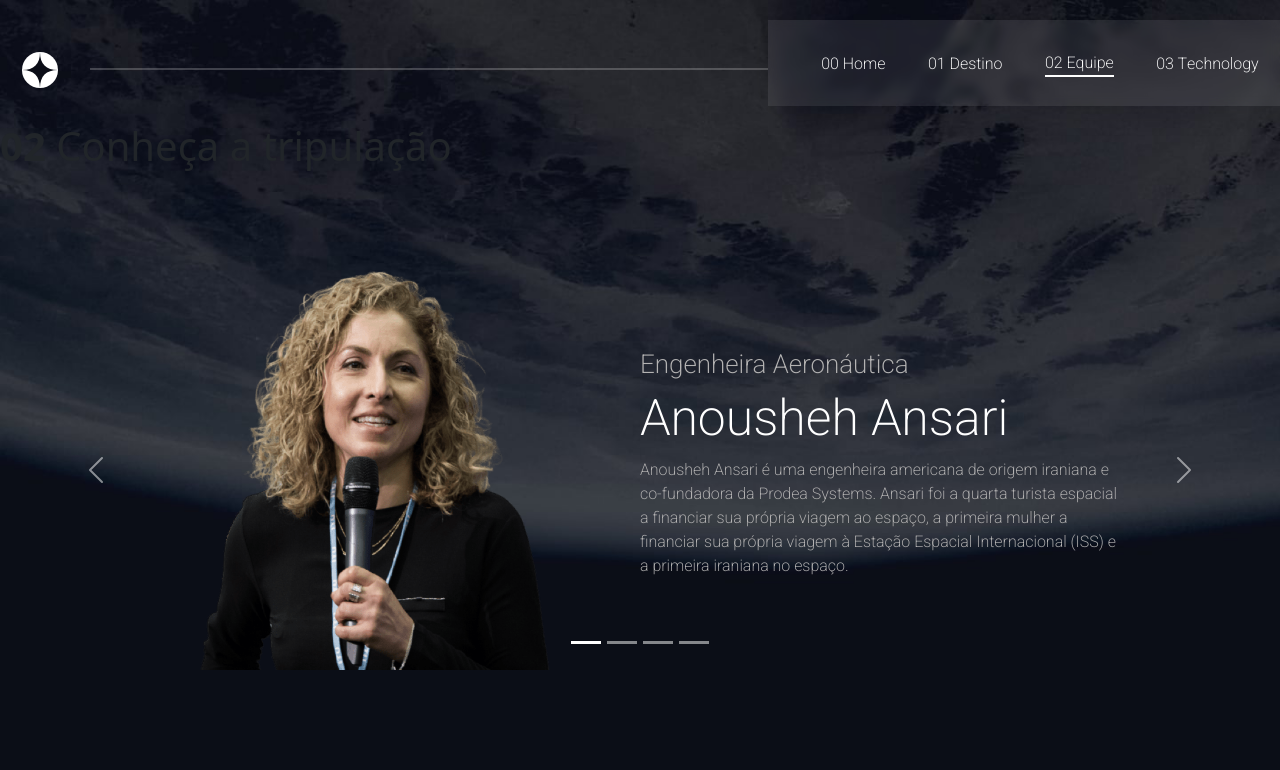
Repository: Leonngc/space-site
Page: crew-commander.html
An editor plug-in stored every save of this project. The page is shown before and after the next save, followed by the edit.
The browser window is 1280 px wide. The pictures show the whole page.
Some web libraries are served in a nearby version.

Above is the page before, as saved 2023-05-01 16:47:45.

### crew-commander.html
<!DOCTYPE html>
<html lang="pt-br">
<head>
  <meta charset="UTF-8">
  <meta name="viewport" content="width=device-width, initial-scale=1, minimum-scale=1">

  <link rel="icon" type="image/png" sizes="32x32" href="./assets/favicon-32x32.png">
  <link rel='stylesheet' href='https://cdn-uicons.flaticon.com/uicons-bold-rounded/css/uicons-bold-rounded.css'>
  <link rel="stylesheet" href="starter-code/styles/menu.css">
  <link rel="stylesheet" href="starter-code/styles/crew.css">

  <link href="https://cdn.jsdelivr.net/npm/bootstrap@5.3.0-alpha3/dist/css/bootstrap.min.css" rel="stylesheet" integrity="sha384-KK94CHFLLe+nY2dmCWGMq91rCGa5gtU4mk92HdvYe+M/SXH301p5ILy+dN9+nJOZ" crossorigin="anonymous">
  <script src="starter-code/script/menu.js" defer></script>
  <title>Frontend Mentor | Space tourism website</title>
</head>
<body>

  <header>
    <a href="index.html" target="_parent"><img src="starter-code/assets/shared/logo.svg" alt="" class="logo"></a>

    <div class="line"></div>
    <nav>
      <button class="menu-button"><i class="fi fi-br-menu-burger"></i></button>
      <ul class="menu">
      <li class="item-menu"><a href="index.html" target="_parent">00 Home</a></li>
      <li class="item-menu"><a href="destination-moon.html" target="_blank">01 Destino</a></li>
      <li class="item-menu page-active"><a href="#">02 Equipe</a></li>
      <li class="item-menu"><a href="#">03 Technology</a></li>
      </ul>
    </nav>
  </header>

  <h1><strong>02</strong> Conheça a tripulação</h1>

  <div id="carouselExampleIndicators" class="carousel slide" style="margin-top: 100px; margin-bottom: 100px;">
    <div class="carousel-indicators">
      <button type="button" data-bs-target="#carouselExampleIndicators" data-bs-slide-to="0" class="active" aria-current="true" aria-label="Slide 1"></button>
      <button type="button" data-bs-target="#carouselExampleIndicators" data-bs-slide-to="1" aria-label="Slide 2"></button>
      <button type="button" data-bs-target="#carouselExampleIndicators" data-bs-slide-to="2" aria-label="Slide 3"></button>
      <button type="button" data-bs-target="#carouselExampleIndicators" data-bs-slide-to="3" aria-label="Slide 4"></button>
    </div>
    <div class="carousel-inner">
      <div class="carousel-item active">
        <img src="starter-code/assets/crew/image-anousheh-ansari.png" class="d-flex w-5" alt="...">
        <div class="text-box">
          <h2>Engenheira Aeronáutica</h2>
          <h3>Anousheh Ansari</h3>

          <p>
            Anousheh Ansari é uma engenheira americana de origem iraniana e co-fundadora da Prodea Systems. Ansari foi a quarta turista espacial a financiar sua própria viagem ao espaço, a primeira mulher a financiar sua própria viagem à Estação Espacial Internacional (ISS) e a primeira iraniana no espaço.
          </p>
        </div>
      </div>
      <div class="carousel-item">
        <img src="starter-code/assets/crew/image-douglas-hurley.png" class="d-flex w-5" alt="...">

          <div class="text-box">
            <h2>Comandante</h2>
            <h3>Douglas Hurley</h3>
              <p>
                Douglas Gerald Hurley é um engenheiro, ex-piloto do Corpo de Fuzileiros Navais dos Estados Unidos e ex-astronauta da NASA. Ele foi lançado ao espaço pela terceira vez como comandante da missão Crew Dragon Demo-2.
              </p>
          </div>
      </div>
      <div class="carousel-item">
        <img src="starter-code/assets/crew/image-mark-shuttleworth.png" class="d-flex w-5" alt="...">
        <div class="text-box">
          <h2>Especialista em missões</h2>
          <h3>Mark Shuttleworth</h3>
          <p>
            Mark Richard Shuttleworth é o fundador e CEO da Canonical, a empresa por trás do sistema operacional baseado em Linux, o Ubuntu. Shuttleworth se tornou o primeiro sul-africano a viajar para o espaço como turista espacial.
          </p>
        </div>
      </div>
      <div class="carousel-item">
        <img src="starter-code/assets/crew/image-victor-glover.png" class="d-flex w-5" alt="...">
        <div class="text-box">
          <h2>Piloto</h2>
          <h3>Victor Glover</h3>
          <p>
            Piloto do primeiro voo operacional da nave SpaceX Crew Dragon para a Estação Espacial Internacional. Glover é comandante na Marinha dos Estados Unidos, onde pilota um F/A-18. Ele foi membro da tripulação da Expedição 64 e atuou como engenheiro de sistemas de voo da estação.
          </p>
        </div>
      </div>

    </div>
    <button class="carousel-control-prev" type="button" data-bs-target="#carouselExampleIndicators" data-bs-slide="prev">
      <span class="carousel-control-prev-icon" aria-hidden="true"></span>
      <span class="visually-hidden">Previous</span>
    </button>
    <button class="carousel-control-next" type="button" data-bs-target="#carouselExampleIndicators" data-bs-slide="next">
      <span class="carousel-control-next-icon" aria-hidden="true"></span>
      <span class="visually-hidden">Next</span>
    </button>
  </div>


</body>

<script src="https://cdn.jsdelivr.net/npm/@popperjs/core@2.11.7/dist/umd/popper.min.js" integrity="sha384-zYPOMqeu1DAVkHiLqWBUTcbYfZ8osu1Nd6Z89ify25QV9guujx43ITvfi12/QExE" crossorigin="anonymous"></script>
<script src="https://cdn.jsdelivr.net/npm/bootstrap@5.3.0-alpha3/dist/js/bootstrap.min.js" integrity="sha384-Y4oOpwW3duJdCWv5ly8SCFYWqFDsfob/3GkgExXKV4idmbt98QcxXYs9UoXAB7BZ" crossorigin="anonymous"></script>
</html>

### starter-code/styles/menu.css
@import url('https://fonts.googleapis.com/css2?family=Heebo:wght@200&display=swap');

*{
    padding: 0;
    margin: 0;
}


header{
    display: flex;
    justify-content: space-between;
}

.menu{
    display: none;
    margin-top: 20px;
    display: flex;
    width: 40vw ;
    height: 12vh;
    position: relative;
    list-style: none;
    overflow-x: hidden;
    background: rgba(255, 255, 255, 0.21);
    background: rgba(255, 255, 255, 0.08);
    box-shadow: 0 4px 30px rgba(0, 0, 0, 0.1);
    backdrop-filter: blur(5px);
    -webkit-backdrop-filter: blur(5px);
}

.item-menu{
    margin: auto;
}

.item-menu a{
    text-decoration: none;
    font-family: 'Heebo', sans-serif;
    color: white;
}


.line{
    background-color:  rgba(255, 255, 255, 0.21);
    height: 2px;
    width: 1110px;
    margin-top: 68px;
    margin-left: 30px;
}

.logo{
    margin-top: 50px;
    margin-left: 20px;
    width: 40px;
    height: 40px;
    padding: 2px;
}

.page-active{
    border-bottom: 2px solid white;
}

ul li > a:hover{
    font-size: 18px;
    transition: 2s;
}

.menu-button{
    display: none;
}



@media (max-width: 999px){
    .line{
        display: none;
    }
    body{
        overflow-x: hidden;
        max-width: 100vw;
    }


    .menu{
        position: absolute;
        right: 0;
        flex-direction: column;
        width: 80vw;
        height: 90vh;
        z-index: 10000;
        margin: 0;
        border-top-left-radius: 15px;
        border-bottom-left-radius: 15px;
        transform: translateX(100%);
        transition: transform 0.6s ease-in;
        background: rgba(0, 0, 0, 0.392);
        background: rgba(0, 0, 0, 0.545);
        box-shadow: 0 4px 30px rgba(0, 0, 0, 0.1);
        backdrop-filter: blur(5px);
        -webkit-backdrop-filter: blur(5px);
    }




    .menu li{
       color: white;
       font-size: 18px;
       font-weight: bold;
    }

    .menu-button{
        display: block;
        font-size: 40px;
        color: white;
        background: none;
        border: none;
        padding: 10px;
        margin-top: 40px;
    }

    ul.active{
        transform: translateX(0);
    }

}

### starter-code/styles/crew.css
@import url('https://fonts.googleapis.com/css2?family=Barlow&display=swap');
@import url('https://fonts.googleapis.com/css2?family=Heebo:wght@200&display=swap');
/*  font-family: 'Barlow', sans-serif;
    font-family: 'Heebo', sans-serif;
*/

:root{
    --title-font: 'Barlow';
    --paragraph-font: 'Heebo';
}




body{
    background-image: url(../assets/crew/background-crew-desktop.jpg);
    background-size: cover;
    background-repeat: no-repeat;
}

h1{
    color: white;
}


.carousel-inner img{
    margin-left: 200px;
    width: 350px;
    height: 400px;
}

.text-box{
    position: absolute;
    top: 20%;
    left: 50%;
    color: white;
    width: 38vw;
    font-family: var(--paragraph-font);
}

.text-box > h2{
    font-size: 26px;
    color: #b4b3b3;
}

.text-box > h3{
    font-size: 50px;
}

.text-box > p{
    color: #b4b3b3;
}

### starter-code/script/menu.js
class MobileNavbar{
    constructor(mobileMenu, navList, navLink){
        this.mobileMenu = document.querySelector(mobileMenu);
        this.navList = document.querySelector(navList);
        this.navLink = document.querySelector(navLink);
        this.activeClass = "active";
        this.handleClick = this.handleClick.bind(this)

    }

    handleClick(){
        this.mobileMenu.classList.toggle(this.activeClass)
    }

    addClickEvent(){
        this.mobileMenu.addEventListener("click", this.handleClick);
    }

    init(){
        if(this.mobileMenu){
            this.addClickEvent();
        }
        return this;
    }
}

const mobileNavbar = new MobileNavbar(
    "nav",
    "ul",
    "ul li",
);

mobileNavbar.init()

After the next save:
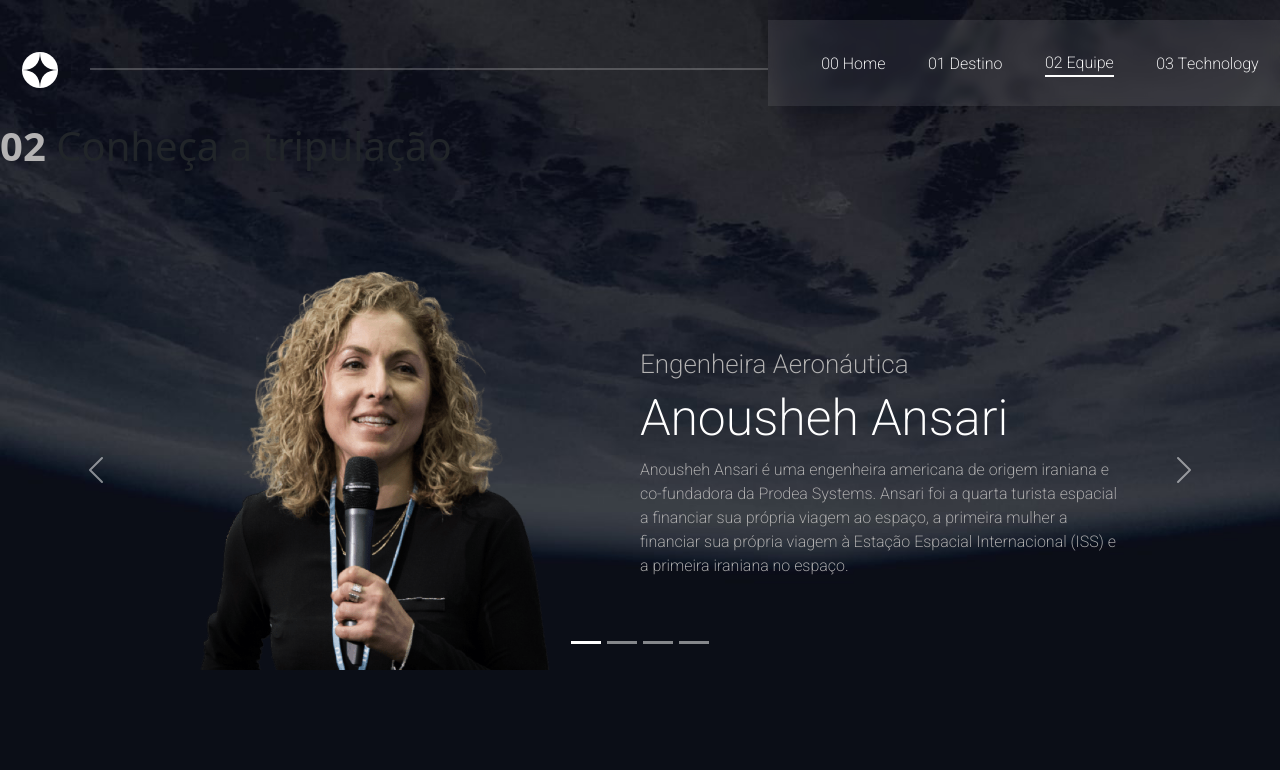
Saved 25 s later.
--- a/starter-code/styles/crew.css
+++ b/starter-code/styles/crew.css
@@ -16,6 +16,10 @@ body{
     background-image: url(../assets/crew/background-crew-desktop.jpg);
     background-size: cover;
     background-repeat: no-repeat;
+}
+
+strong{
+    color: #b4b3b3;
 }
 
 h1{

After the 3 saves that followed:
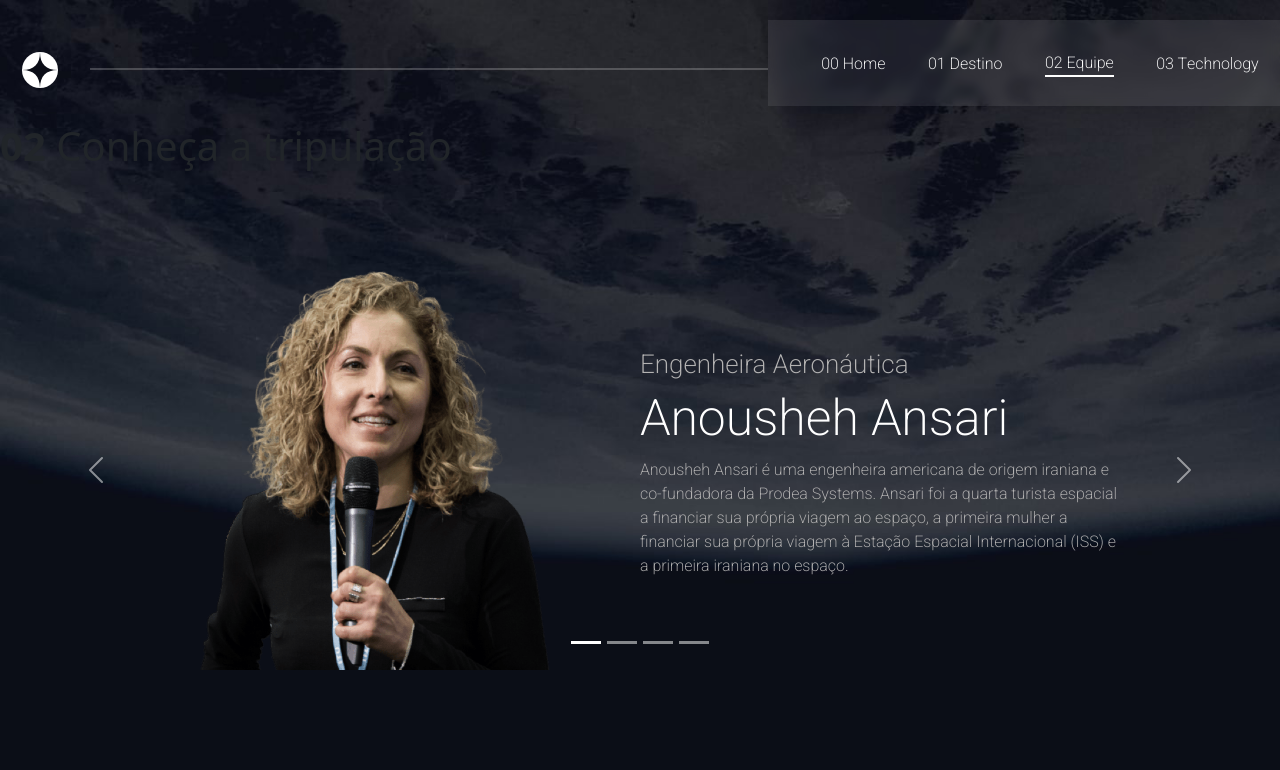
The 3 saves are shown as one change because 1 left the picture as it was and some came seconds apart.
The last was saved 3 min 28 s later.
--- a/starter-code/styles/crew.css
+++ b/starter-code/styles/crew.css
@@ -18,13 +18,12 @@ body{
     background-repeat: no-repeat;
 }
 
-strong{
-    color: #b4b3b3;
-}
+
 
 h1{
     color: white;
 }
+
 
 
 .carousel-inner img{
